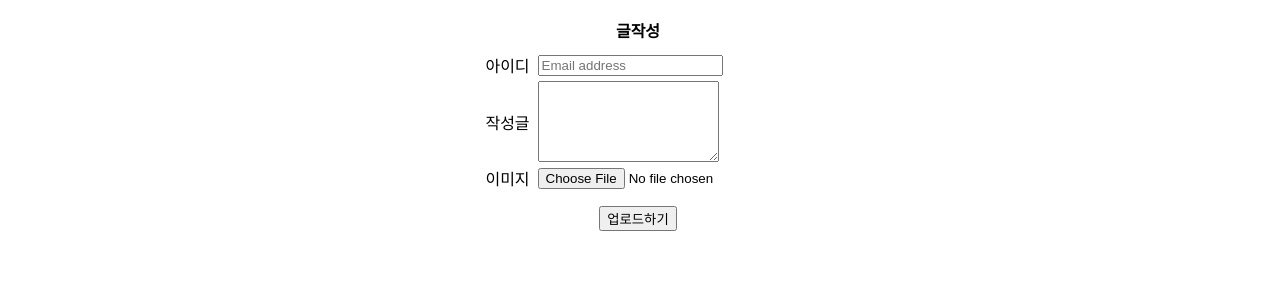
Repository: Do-yoon/JSP_source_code
Page: Hello2/src/main/webapp/feedAdd.html
An editor plug-in stored every save of this project. The page is shown before and after the next save, followed by the edit.
The browser window is 1280 px wide. The pictures show the whole page.

Above is the page before, as saved 2021-04-29 03:06:26.

After the next save:
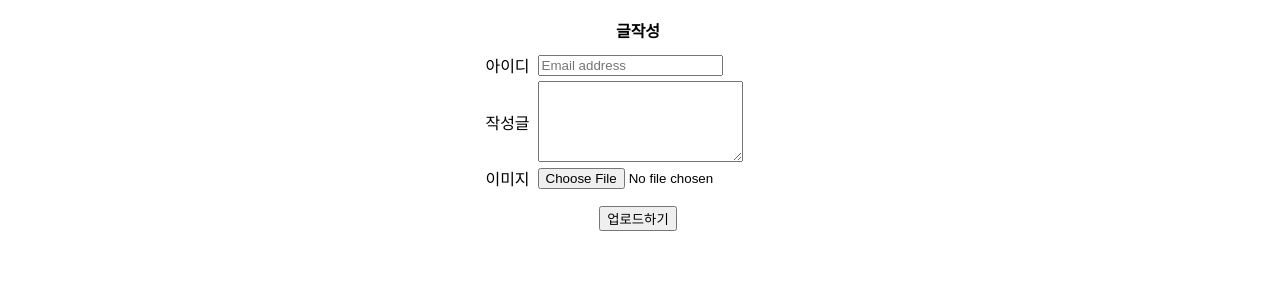
Saved 5 s later.
--- a/Hello2/src/main/webapp/feedAdd.html
+++ b/Hello2/src/main/webapp/feedAdd.html
@@ -12,7 +12,7 @@
 </tr>
 <tr>
     <td align=right>작성글&nbsp;</td>
-    <td><textarea name="content" rows=5 cols=20></textarea></td>
+    <td><textarea name="content" rows=5 cols=23></textarea></td>
 </tr>
 <tr>
     <td align=right>이미지&nbsp;</td>
